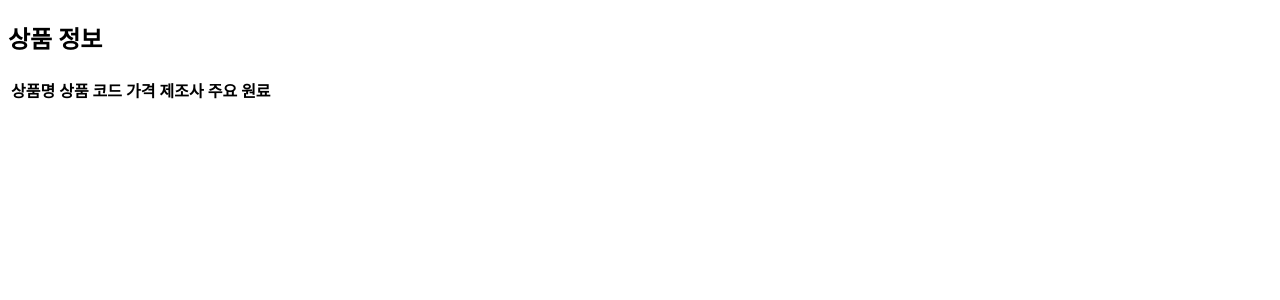
Repository: shinymusket/ideal-memory2
Page: http://localhost/homework08/productInfo.jsp
The author's editor kept a copy of each file at every save. The page is drawn from the files as they stood at one save, then again after the next save.
The browser window is 1280 px wide. The pictures show the whole page.
The page is served by Tomcat 9. Other server files are loaded and not shown.

Above is the page before, as saved 2022-06-17 03:12:02.

### homework08/WebContent/productInfo.jsp
<%@ page language="java" contentType="text/html; charset=UTF-8"
    pageEncoding="UTF-8"%>
<%@ taglib prefix="c" uri="http://java.sun.com/jsp/jstl/core" %>
<!DOCTYPE html>
<html>
<head>
<meta charset="UTF-8">
<title>상품 정보</title>
</head>
<body>
	<h2>상품 정보</h2>
	<table>
		<tr>
			<th>상품명</th>
			<th>상품 코드</th>
			<th>가격</th>
			<th>제조사</th>
			<th>주요 원료</th>
		</tr>



	</table>
</body>
</html>

After the next save:
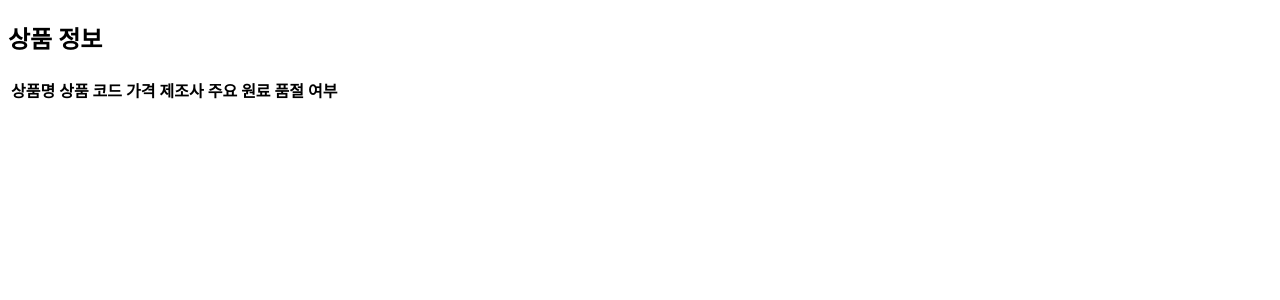
Saved 11 s later.
--- a/homework08/WebContent/productInfo.jsp
+++ b/homework08/WebContent/productInfo.jsp
@@ -16,6 +16,7 @@
 			<th>가격</th>
 			<th>제조사</th>
 			<th>주요 원료</th>
+			<th>품절 여부</th>
 		</tr>
 
 
